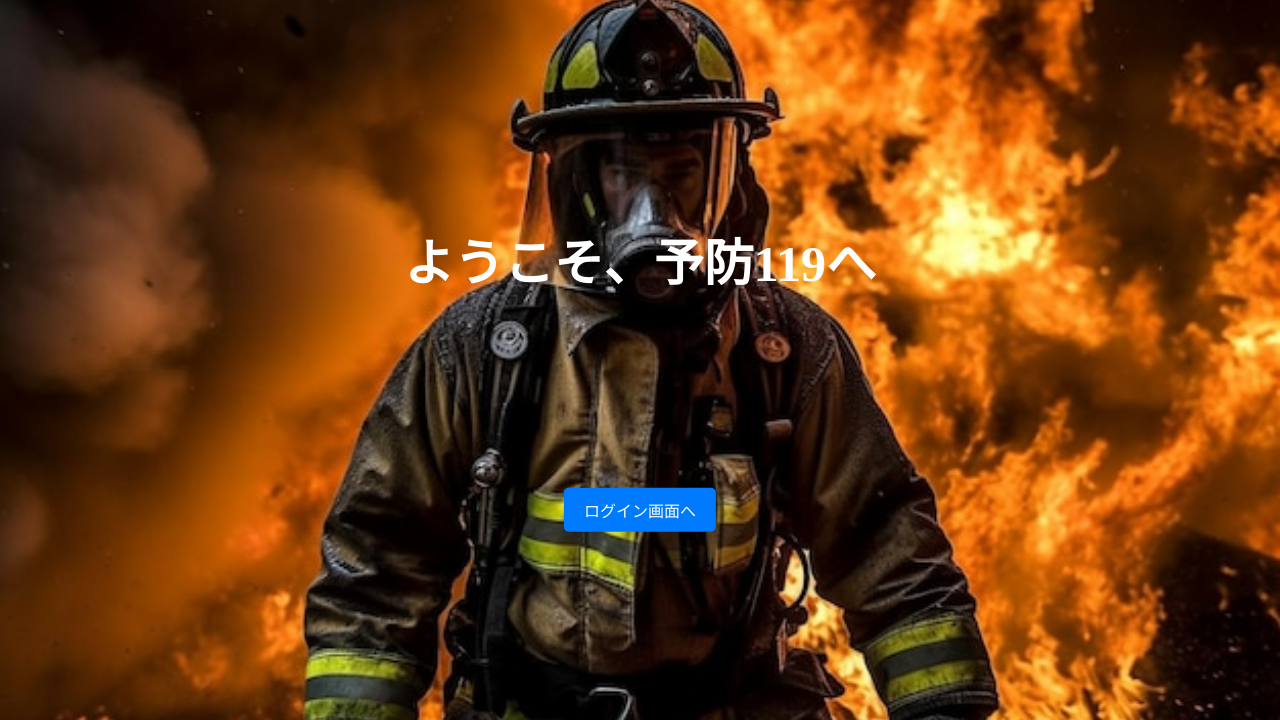
Repository: akarisuki/docker-taishobutu_app
Page: http://localhost/taishobutu_app/welcome.php
These files come from the project's save history. The page is drawn as it stood at one moment and after the next save; the edit follows.
The browser window is 1280 px wide. The pictures show the whole page.
The page is run by PHP 8.4 with error messages shown; the project is at /var/www/html/. Style sheets and scripts are compiled from the project's sources, by tool versions that may differ from the author's.

Above is the page before, as saved 2024-02-03 09:58:58.

### src/taishobutu_app/welcome.php
<?php

require_once 'common/config.php';

?>
<!DOCTYPE html>
<html lang="ja">
<head>
    <meta charset="UTF-8">
    <meta name="viewport" content="width=device-width, initial-scale=1.0">
    <title>予防119</title>
    <style>
        body, html {
            height: 100%;
            margin: 0;
        }

        .bg-image {
            /* 背景画像 */
            background-image: url('common/image/flames-engulfed-the-burning-building-firefighters-worked-urgently-generated-by-ai_188544-40616.jpeg');

            /* フルハイト */
            height: 100%;

            /* 背景画像を常にカバー */
            background-position: center;
            background-repeat: no-repeat;
            background-size: cover;
        }

        .content {
            position: absolute;
            top: 50%;
            left: 50%;
            transform: translate(-50%, -50%);
            color: white;
            text-align: center;
        }

        .content h1 {
            @media (max-width: 480px) {

                font-size: 19px;
            }
            font-size: 50px;
            margin-bottom: 175px;
        }

        .content a {
            display: inline-block;
            background-color: #007bff;
            color: white;
            padding: 10px 20px;
            text-decoration: none;
            border-radius: 5px;
        }

        .content a:hover {
            background-color: #0056b3;
        }

        .alert-success {
            position: absolute;
            font-size: 40px;
            top: 142px;
            left: 50px;
            color: #35cb07;
        }
    </style>
</head>
<body>

<div class="bg-image">
    <div class="content">
        <h1>ようこそ、予防119へ</h1>
        <?php
            if (isset($_GET['message'])) {
                $message = htmlspecialchars($_GET['message'], ENT_QUOTES, 'UTF-8');
                echo "<div class='alert-success'>{$message}</div>";
            }

        ?>
        <br/>
        <a href="<?php echo BASE_URL;?>/login/login.php">ログイン画面へ</a>
    </div>
</div>

</body>
</html>

### src/taishobutu_app/common/config.php
<?php
// config.php
if ($_SERVER['HTTP_HOST'] == 'localhost:50080' || $_SERVER['HTTP_HOST'] == '127.0.0.1') {
  // 開発環境のURL
  define('BASE_URL', 'http://localhost:50080/taishobutu_app/');
} else {
  // 本番環境のURL
  define('BASE_URL', 'http://firedeptyobou119.com/');
}

?>

### src/taishobutu_app/common/sass/common/reset.scss
/* Box sizing rules */
*,
*::before,
*::after {
  box-sizing: border-box;
}

/* Prevent font size inflation */
html {
  -moz-text-size-adjust: none;
  -webkit-text-size-adjust: none;
  text-size-adjust: none;
}

/* Remove default margin in favour of better control in authored CSS */
body, h1, h2, h3, h4, p,
figure, blockquote, dl, dd {
  margin-block-end: 0;
}

/* Remove list styles on ul, ol elements with a list role, which suggests default styling will be removed */
ul[role='list'],
ol[role='list'] {
  list-style: none;
}

/* Set core body defaults */
body {
  min-height: 100vh;
  line-height: 1.5;
}

/* Set shorter line heights on headings and interactive elements */
h1, h2, h3, h4,
button, input, label {
  line-height: 1.1;
}

/* Balance text wrapping on headings */
h1, h2,
h3, h4 {
  text-wrap: balance;
}

/* A elements that don't have a class get default styles */
a:not([class]) {
  text-decoration-skip-ink: auto;
  color: currentColor;
}

/* Make images easier to work with */
img,
picture {
  max-width: 100%;
  display: block;
}

/* Inherit fonts for inputs and buttons */
input, button,
textarea, select {
  font: inherit;
}

/* Make sure textareas without a rows attribute are not tiny */
textarea:not([rows]) {
  min-height: 10em;
}

/* Anything that has been anchored to should have extra scroll margin */
:target {
  scroll-margin-block: 5ex;
}

After the next save:
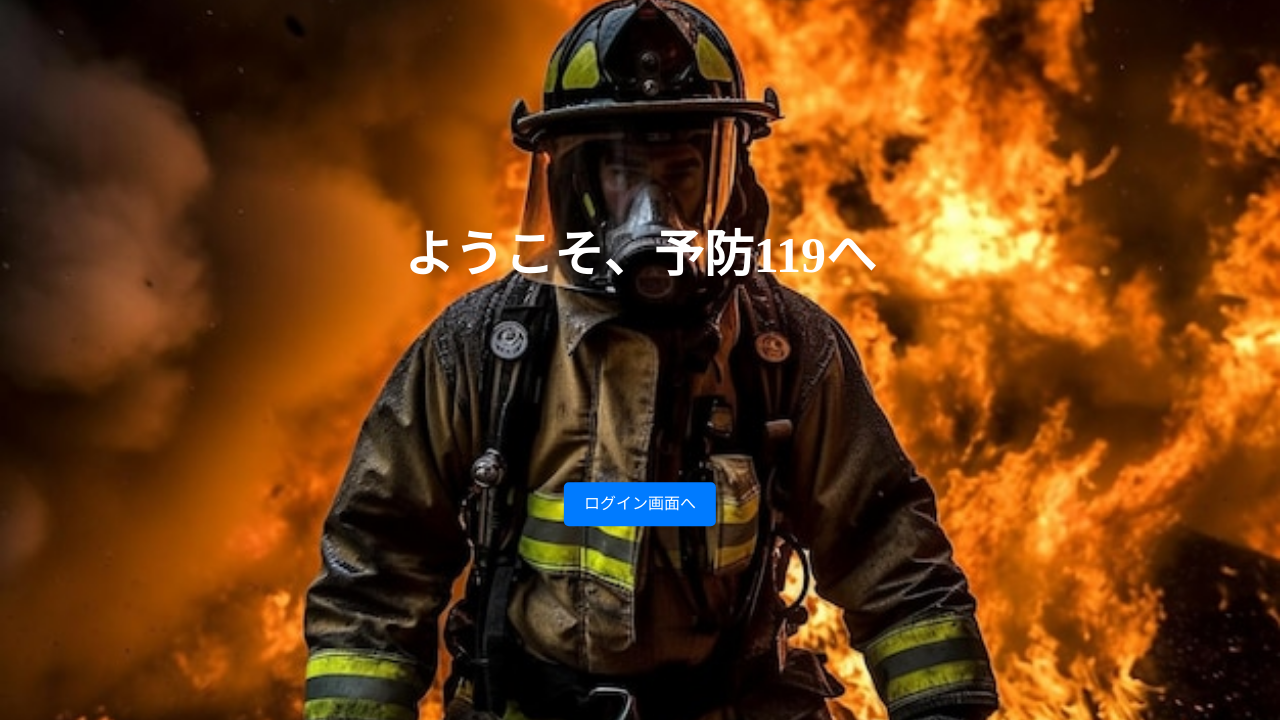
Saved 44 s later.
--- a/src/taishobutu_app/welcome.php
+++ b/src/taishobutu_app/welcome.php
@@ -8,6 +8,7 @@ require_once 'common/config.php';
 <head>
     <meta charset="UTF-8">
     <meta name="viewport" content="width=device-width, initial-scale=1.0">
+    <link rel="stylesheet" href="../common/sass/common/reset.css">
     <title>予防119</title>
     <style>
         body, html {
